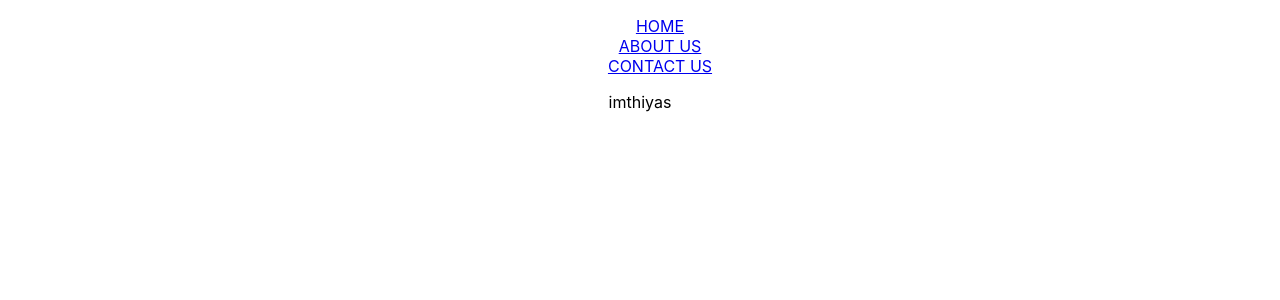
Repository: mohamediyas/boilermdIyas
Page: /1
An editor plug-in stored every save of this project. The page is shown before and after the next save, followed by the edit.
The browser window is 1280 px wide. The pictures show the whole page.
The project was rebuilt for these pictures with package versions that can differ from the ones it lists, and the page was loaded fresh each time. Also part of the build but not shown: src/BoilerPlate/Router/Component/About.js, src/BoilerPlate/Router/Component/Home.js, src/BoilerPlate/Router/Component/Contact.js, src/BoilerPlate/Router/Component/Error.js.

Above is the page before, as saved 2021-01-08 21:58:39.

### src/App.js
import "./App.css";
import Routers from "./BoilerPlate/Router/Routers";

function App() {
  return (
    <div className="App">
      <Routers />
    </div>
  );
}

export default App;

### src/BoilerPlate/Router/Routers.js
import React from "react";
import { BrowserRouter as Router, Switch, Route } from "react-router-dom";
import About from "./Component/About";
import Home from "./Component/Home";
import Contact from "./Component/Contact";
import Error from "./Component/Error";
import Navbar from "./Component/Navbar";
import Person from "./Person";

const Routers = () => {
  return (
    <div>
      <Router>
        <Navbar />
        <Switch>
          <Route exact path="/">
            <Home />
          </Route>
          <Route path="/about">
            <About />
          </Route>
          <Route path="/contact">
            <Contact />
          </Route>
          <Route path="/:id" children={<Person />}></Route>
          <Route path="*">
            <Error />
          </Route>
        </Switch>
      </Router>
    </div>
  );
};

export default Routers;

### src/BoilerPlate/Router/Component/Navbar.js
import React from "react";
import { Link } from "react-router-dom";

function Navbar() {
  return (
    <div>
      <ul>
        <Link to="/">HOME</Link>
        <br />
        <Link to="/about">ABOUT US</Link>
        <br />
        <Link to="/contact">CONTACT US</Link>
        <br />
      </ul>
    </div>
  );
}

export default Navbar;

### src/BoilerPlate/Router/Person.js
import React, { useEffect, useState } from "react";
import { data } from "./Component/data";
import { Link, useParams } from "react-router-dom";

function Person() {
  const { id } = useParams();
  let [name, setName] = useState("defaultname");
  useEffect(() => {
    let paramName = data.find((name) => {
      return name.id === parseInt(id);
    });
    setName(paramName.name);
  }, []);

  return <div>{name}</div>;
}

export default Person;

### src/BoilerPlate/Router/Component/data.js
export let data = [
  { id: 1, name: "imthiyas" },
  { id: 2, name: "mohamed" },
  { id: 3, name: "abdul" },
  { id: 4, name: "iyas" },
];

Loaded but not shown: public/index.html (common file); src/index.js (common file); src/index.css (common file); src/reportWebVitals.js (common file); src/App.css (common file)

After the next save:
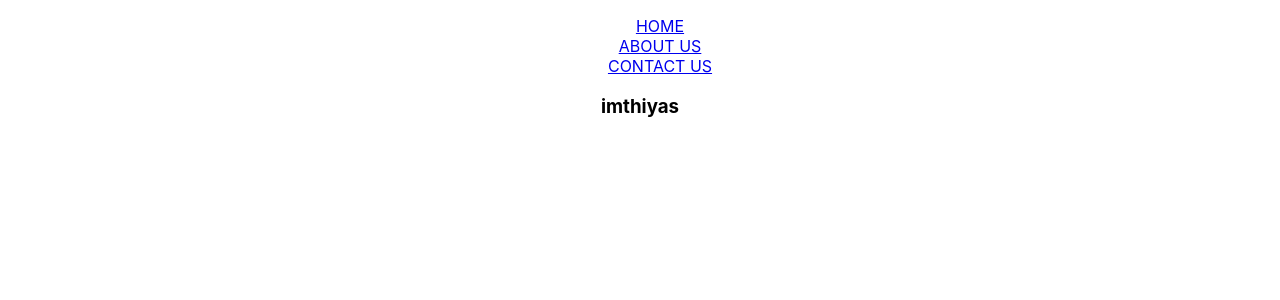
Saved 39 s later.
--- a/src/BoilerPlate/Router/Person.js
+++ b/src/BoilerPlate/Router/Person.js
@@ -12,7 +12,11 @@ function Person() {
     setName(paramName.name);
   }, []);
 
-  return <div>{name}</div>;
+  return (
+    <div>
+      <h3>{name}</h3>
+    </div>
+  );
 }
 
 export default Person;
